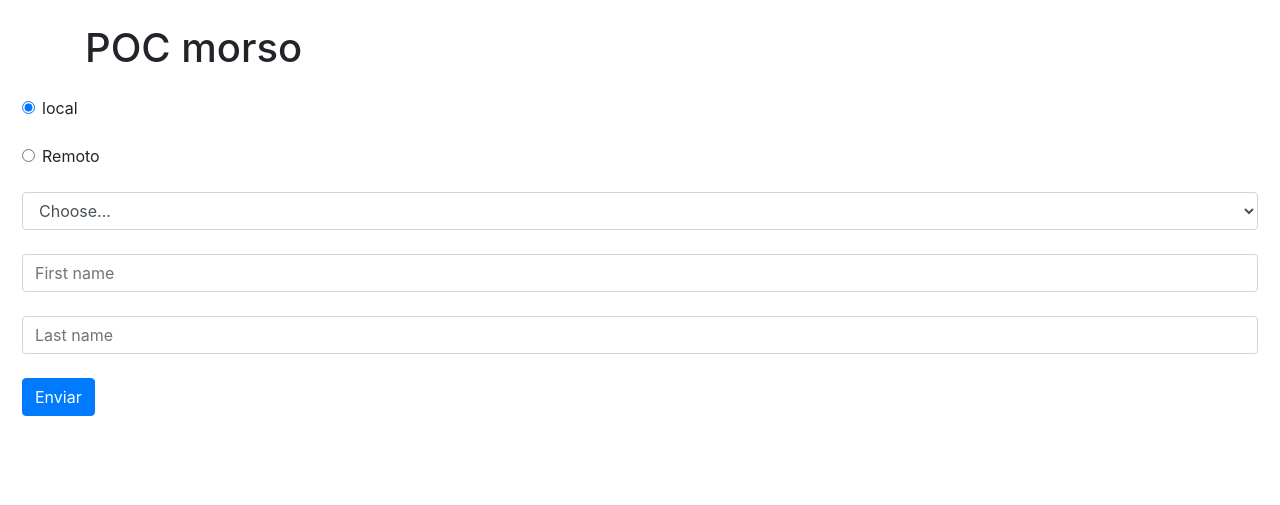
Repository: marisaoliva/poc-execute-cmd
Page: index.html
These files come from the project's save history. The page is drawn as it stood at one moment and after the next save; the edit follows.
The browser window is 1280 px wide. The pictures show the whole page.

Above is the page before, as saved 2019-03-01 14:59:53.

### index.html
<html>
    <head>
        <link rel="stylesheet" href="https://stackpath.bootstrapcdn.com/bootstrap/4.3.1/css/bootstrap.min.css" integrity="sha384-ggOyR0iXCbMQv3Xipma34MD+dH/1fQ784/j6cY/iJTQUOhcWr7x9JvoRxT2MZw1T" crossorigin="anonymous">
    </head>
    <body>
        <div class='container mt-4'>
            <h1>POC morso</h1>
              <form>
                <div class="mx-md-n5 mt-4">
                    <div class="form-check row mt-4">
                        <input class="form-check-input" type="radio" name="exampleRadios" id="exampleRadios1" value="option1" checked>
                        <label class="form-check-label" for="exampleRadios1">
                                local
                        </label>
                    </div>
                    <div class="form-check row mt-4">
                        <input class="form-check-input" type="radio" name="exampleRadios" id="exampleRadios2" value="option2">
                        <label class="form-check-label" for="exampleRadios2">
                        Remoto
                        </label>
                    </div>
                    <div class='row mt-4'>
                        <select id="inputState" class="form-control">
                            <option selected>Choose...</option>
                            <option>...</option>
                        </select>
                    </div>
                    <div class="row mt-4">
                        <input type="text" class="form-control" placeholder="First name">
                    </div>
                    <div class="row mt-4">
                        <input type="text" class="form-control" placeholder="Last name">
                    </div>
                    <div class='row mt-4'>
                       <button type="button" class="btn btn-primary">Enviar</button>
                    </div>
                </div>

              </form>
        </div>
    </body>
</html>

After the next save:
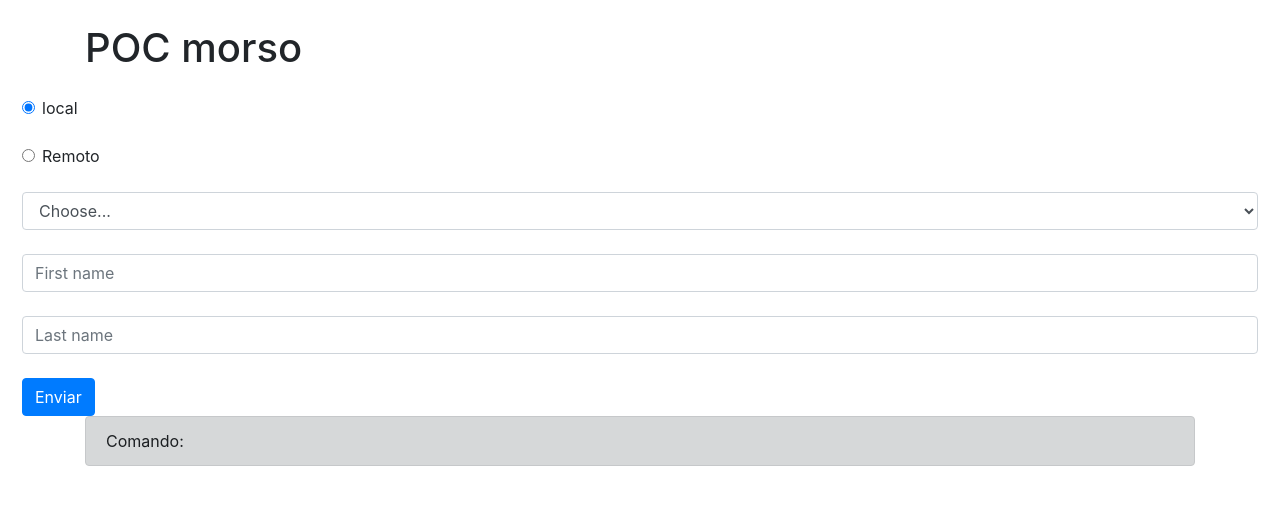
Saved 2 min 10 s later.
--- a/index.html
+++ b/index.html
@@ -35,7 +35,9 @@
                        <button type="button" class="btn btn-primary">Enviar</button>
                     </div>
                 </div>
-
+                <div class="alert alert-dark" role="alert">
+                    Comando: <span id='command'></span>
+                </div>
               </form>
         </div>
     </body>
